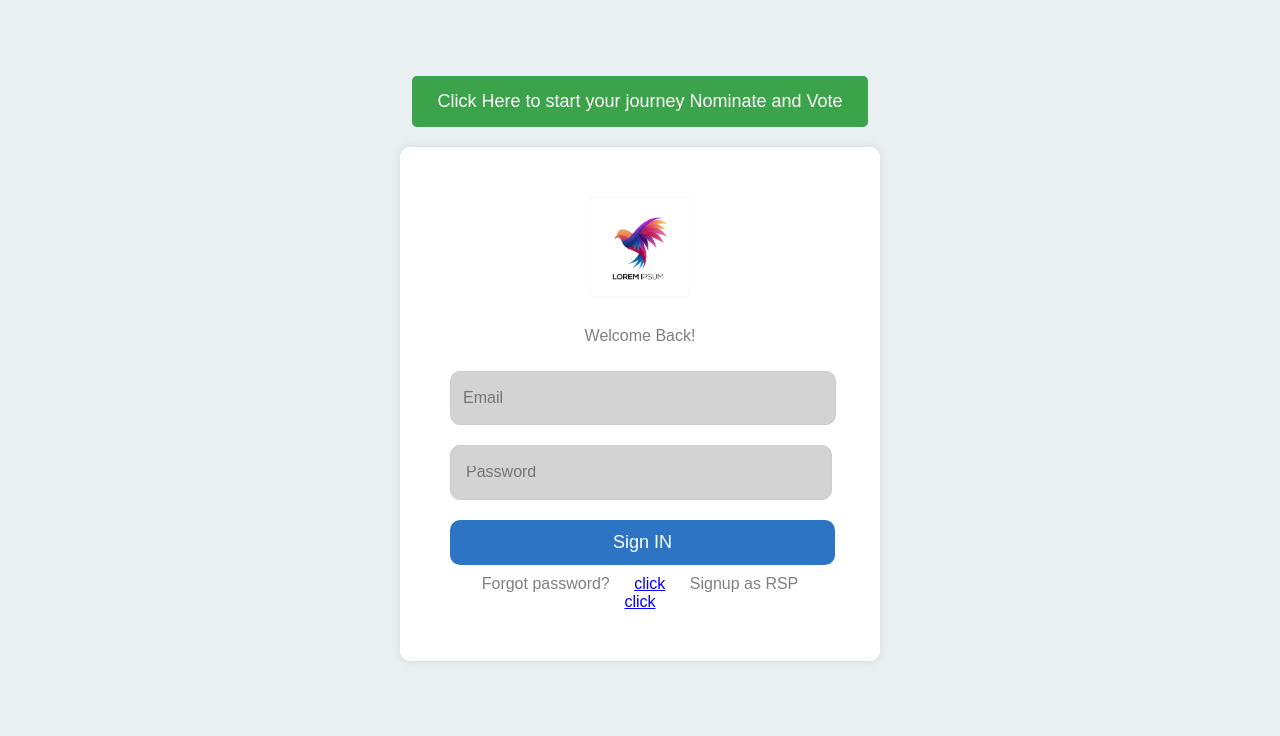
Repository: Femi007-gh/welcome
Page: index.html
An editor plug-in stored every save of this project. The page is shown before and after a run of saves, followed by the edit.
The browser window is 1280 px wide. The pictures show the whole page.
Some web libraries are served in a nearby version.

Above is the page before, as saved 2025-03-10 18:39:26.

After the next 2 saves:
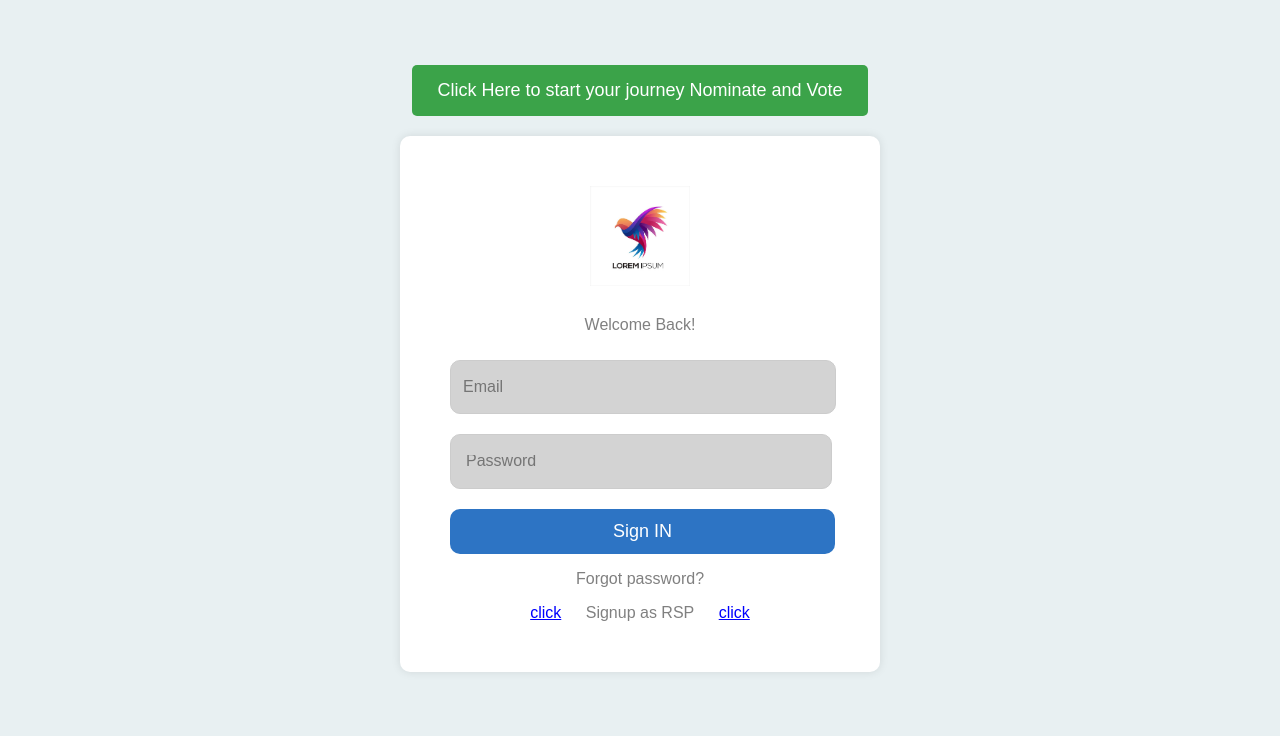
The 2 saves are shown as one change because they came seconds apart.
The last was saved 7 s later.
--- a/index.html
+++ b/index.html
@@ -115,7 +115,7 @@
         </div>
         <button class="sign-in-button">Sign IN</button>
         <div class="links">
-            <a href="#" class="under">Forgot password? </a>
+            <p href="#" class="under">Forgot password? </p>
             <a href="#" class="underline">click</a>
             <a href="#" class="under">Signup as RSP</a>
             <a href="#" class="underline">click</a>
